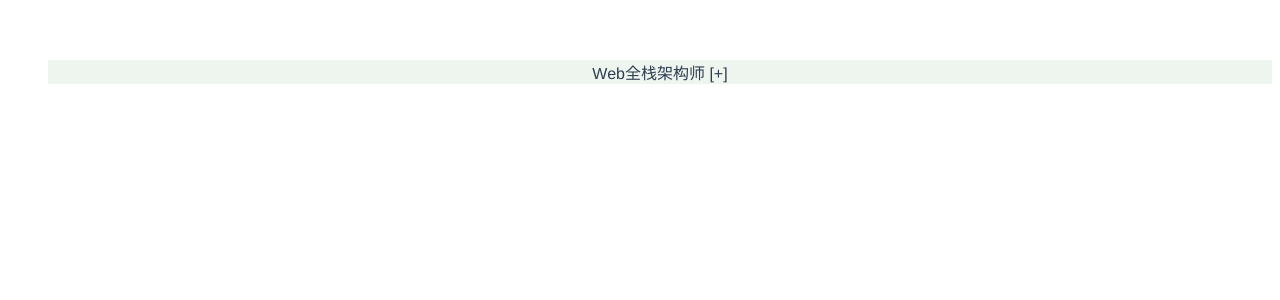
Repository: lxl0302/ClassBegin_-sound_code
Page: /#/kform
An editor plug-in stored every save of this project. The page is shown before and after the next save, followed by the edit.
The browser window is 1280 px wide. The pictures show the whole page.
The project was rebuilt for these pictures with package versions that can differ from the ones it lists, and the page was loaded fresh each time.

Above is the page before, as saved 2020-07-08 15:05:50.

After the next save:
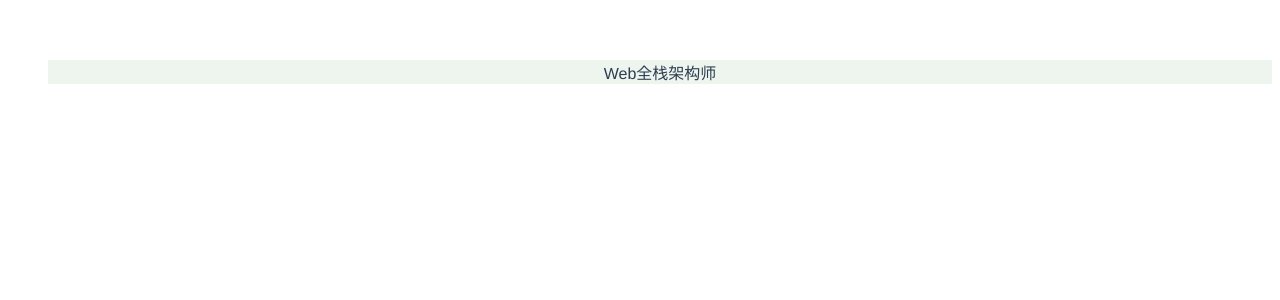
Saved 55 s later.
--- a/src/tree/Item.vue
+++ b/src/tree/Item.vue
@@ -2,9 +2,9 @@
   <div class="item-class">
     <div @click="toggle">
       {{model.title}}
-      <span v-if="isFolder">[{{open ? '-' : '+'}}]</span>
+      <span v-if="open">[{{open ? '-' : '+'}}]</span>
     </div>
-    <ul v-show="open" v-if="isFolder" class="ul-class">
+    <ul v-show="open"  class="ul-class">
       <item class="item-class" v-for="model in model.children" :key="model.title" :model="model" />
     </ul>
   </div>
@@ -25,9 +25,9 @@
     };
   },
   computed: {
-    isFolder() {
-      return this.model.children && this.model.children.length;
-    }
+    // isFolder() {
+    //   return this.model.children && this.model.children.length;
+    // }
   },
   methods: {
     toggle() {

After the save that followed:
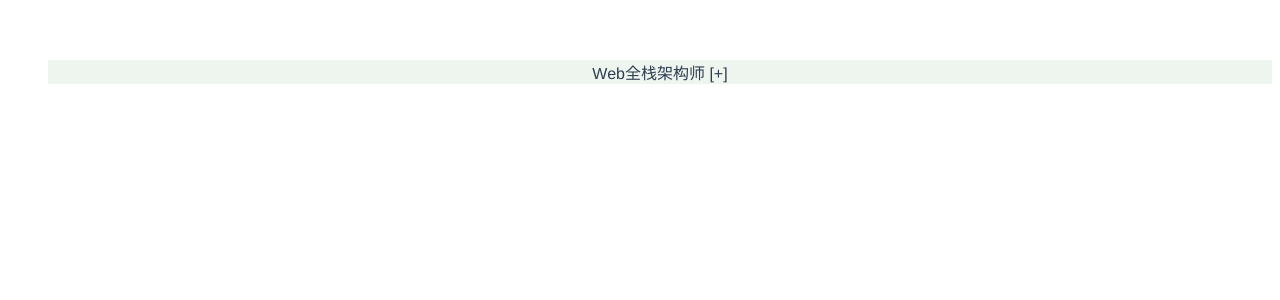
Saved 12 s later.
--- a/src/tree/Item.vue
+++ b/src/tree/Item.vue
@@ -2,9 +2,9 @@
   <div class="item-class">
     <div @click="toggle">
       {{model.title}}
-      <span v-if="open">[{{open ? '-' : '+'}}]</span>
+      <span v-if="isFolder">[{{open ? '-' : '+'}}]</span>
     </div>
-    <ul v-show="open"  class="ul-class">
+    <ul v-show="open" v-if="isFolder" class="ul-class">
       <item class="item-class" v-for="model in model.children" :key="model.title" :model="model" />
     </ul>
   </div>
@@ -25,15 +25,15 @@
     };
   },
   computed: {
-    // isFolder() {
-    //   return this.model.children && this.model.children.length;
-    // }
+    isFolder() {
+      return this.model.children && this.model.children.length;
+    }
   },
   methods: {
     toggle() {
-      // if (this.isFolder) {
+      if (this.isFolder) {
         this.open = !this.open;
-      // }
+      }
     }
   }
 };
